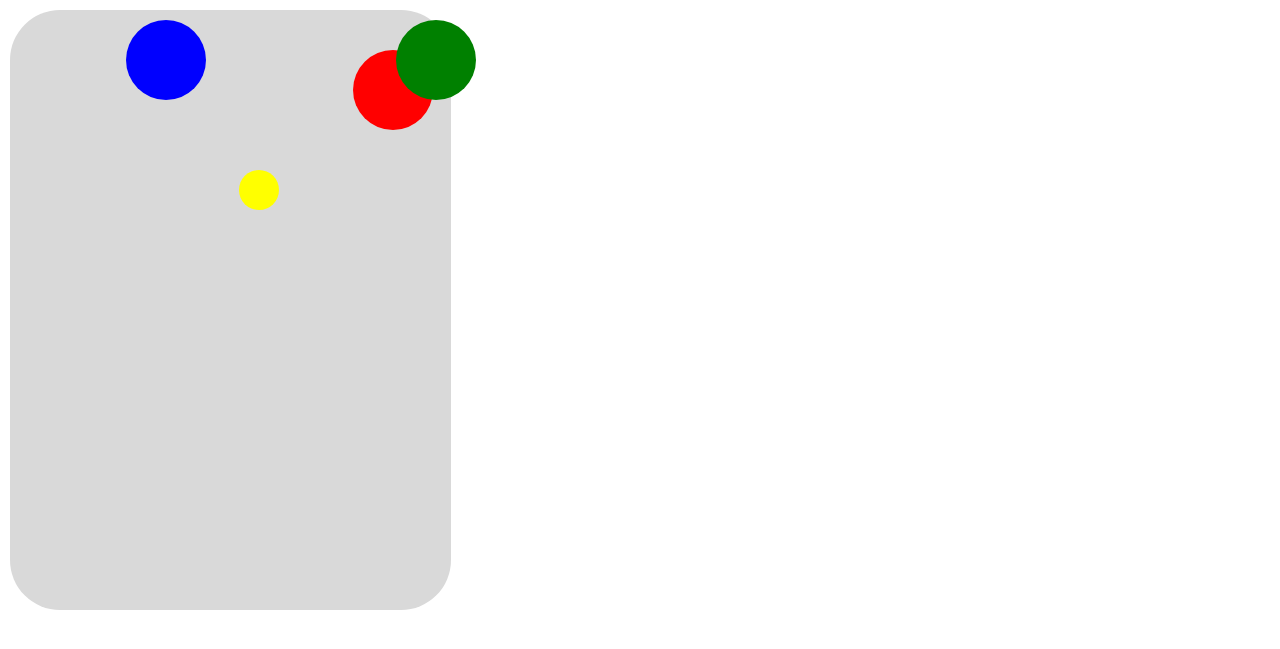
Repository: Code-Institute-Submissions/The-Simon-Game
Page: index.html
The author's editor kept a record of every edit. The page is drawn from the files as they stood at one moment, then again after the next edit.
The browser window is 1280 px wide. The pictures show the whole page.

Above is the page before.

After the next edit:
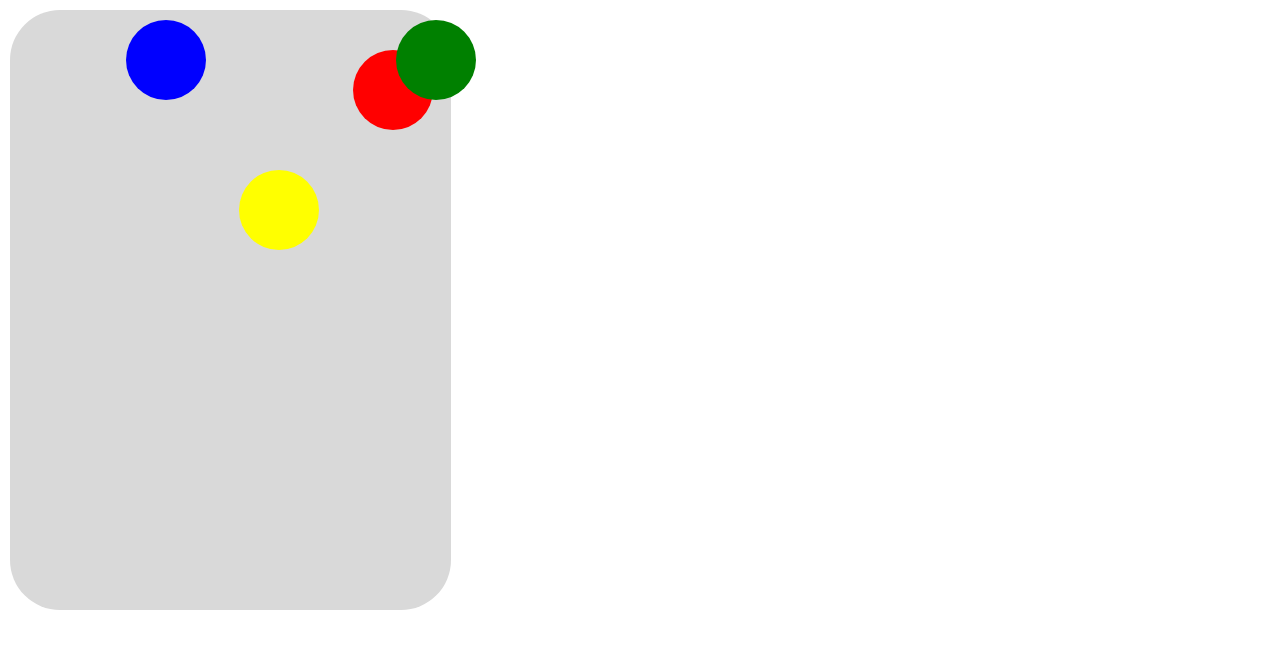
The edit:
--- a/css/style.css
+++ b/css/style.css
@@ -8,8 +8,8 @@
 }
 
 .yellow {
-    height: 40px;
-    width: 40px;
+    height: 80px;
+    width: 80px;
     margin: 10px;
     margin-left: 72px;
     background-color: yellow;
